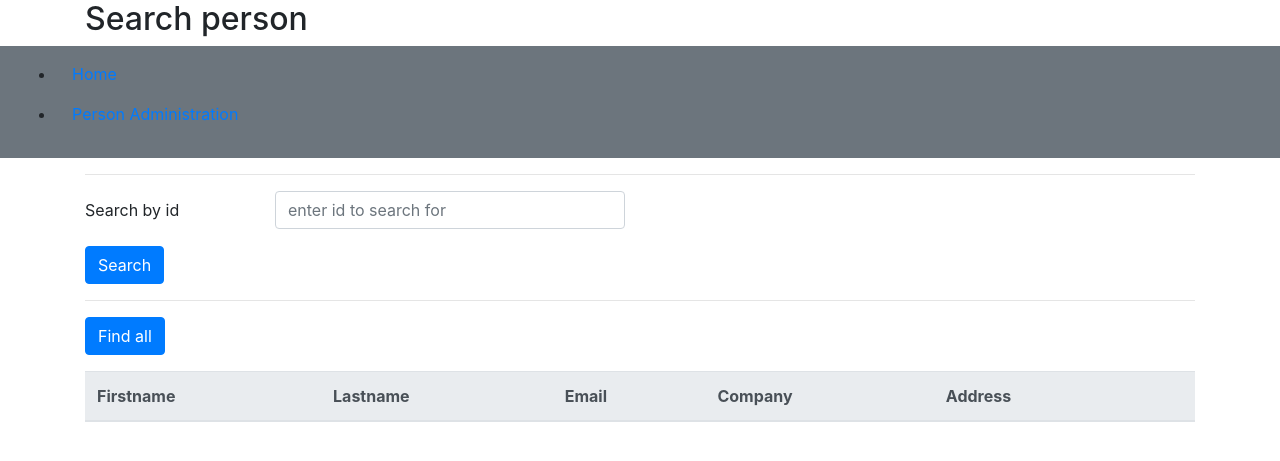
Repository: bvanrooy/exspring
Page: http://localhost/searchperson
The author's editor kept a copy of each file at every save. The page is drawn from the files as they stood at one save, then again after the next save.
The browser window is 1280 px wide. The pictures show the whole page.
The page is this project's Thymeleaf template; nobody is signed in. The template is opened directly, without the code that normally fills it, so the values that code supplies are empty.

Above is the page before, as saved 2020-10-07 12:52:11.

After the next save:
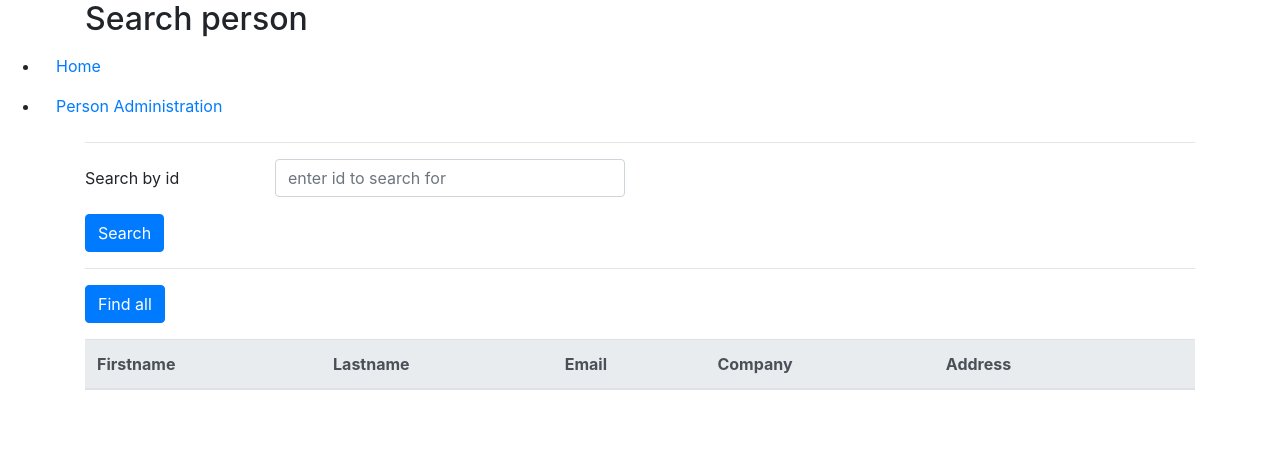
Saved 58 s later.
--- a/ExB3/src/main/resources/templates/searchperson.html
+++ b/ExB3/src/main/resources/templates/searchperson.html
@@ -12,14 +12,13 @@
 	<div class="container">
 		<h2>Search person</h2>
 	</div>
-	<nav class="navbar navbar-expand-sm navbar-dark bg-secondary">
+	<div>
 		<ul>
 			<li><a class="nav-link" href="./index">Home</a></li>
 			<li><a class="nav-link" href="./personadmin">Person
 					Administration</a></li>
 		</ul>
-	</nav>
-
+	</div>
 	<div id="form" class="container">
 		<form action="#" method="post" th:action="@{/searchpersonbyid}"
 			th:object="${person}">
